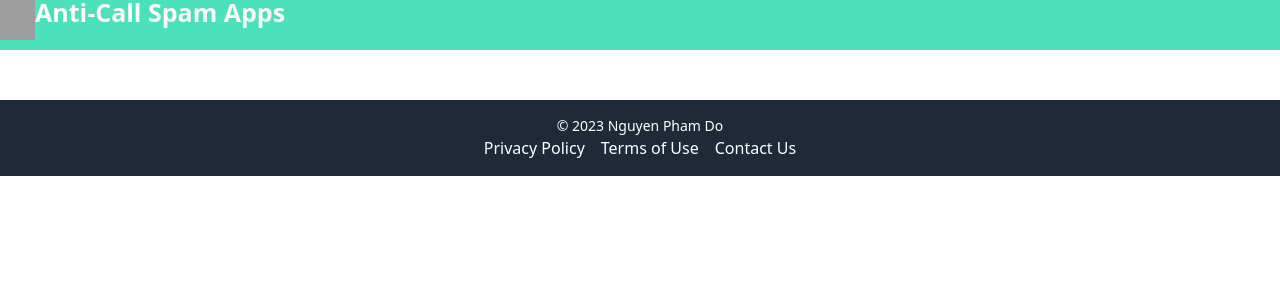
Repository: NPham1402/Web-user-callSpamBlocker
Page: /detail
The author's editor kept a copy of each file at every save. The page is drawn from the files as they stood at one save, then again after the next save.
The browser window is 1280 px wide. The pictures show the whole page.
Pictures or frames that could not be fetched are drawn as grey boxes. The project was rebuilt for these pictures with package versions that can differ from the ones it lists, and the page was loaded fresh each time. The framework's server and built-in components were replaced by stand-ins that run in the browser. Also part of the build but not shown: next.config.js.

Above is the page before, as saved 2023-02-09 20:45:20.

After the next save:
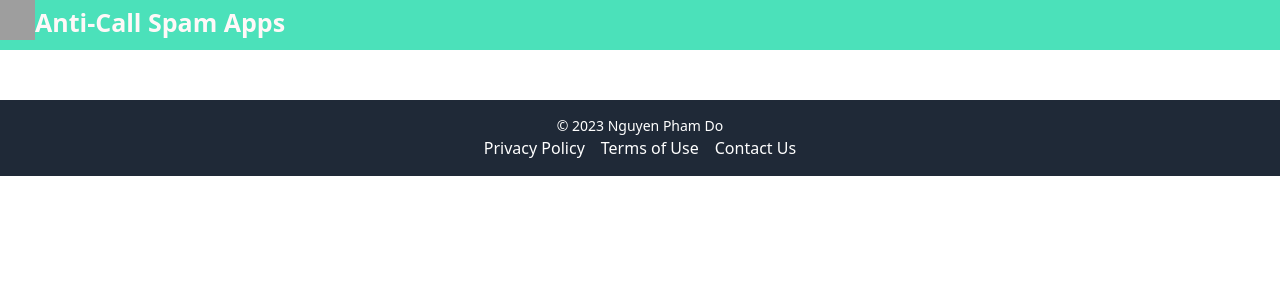
Saved 20 s later.
--- a/pages/detail.js
+++ b/pages/detail.js
@@ -22,7 +22,7 @@ function detail() {
             src="https://static.callblocker.org/img/logo.png"
             className=" w-[35px] h-[40px]"
           />
-          <p className=" align-middle text-center leading-none font-Raleway font-semibold text-[25px] text-[#FFF8F8] ">
+          <p className=" pt-[10px] leading-none font-Raleway font-semibold text-[25px] text-[#FFF8F8] ">
             Anti-Call Spam Apps
           </p>
         </div>
